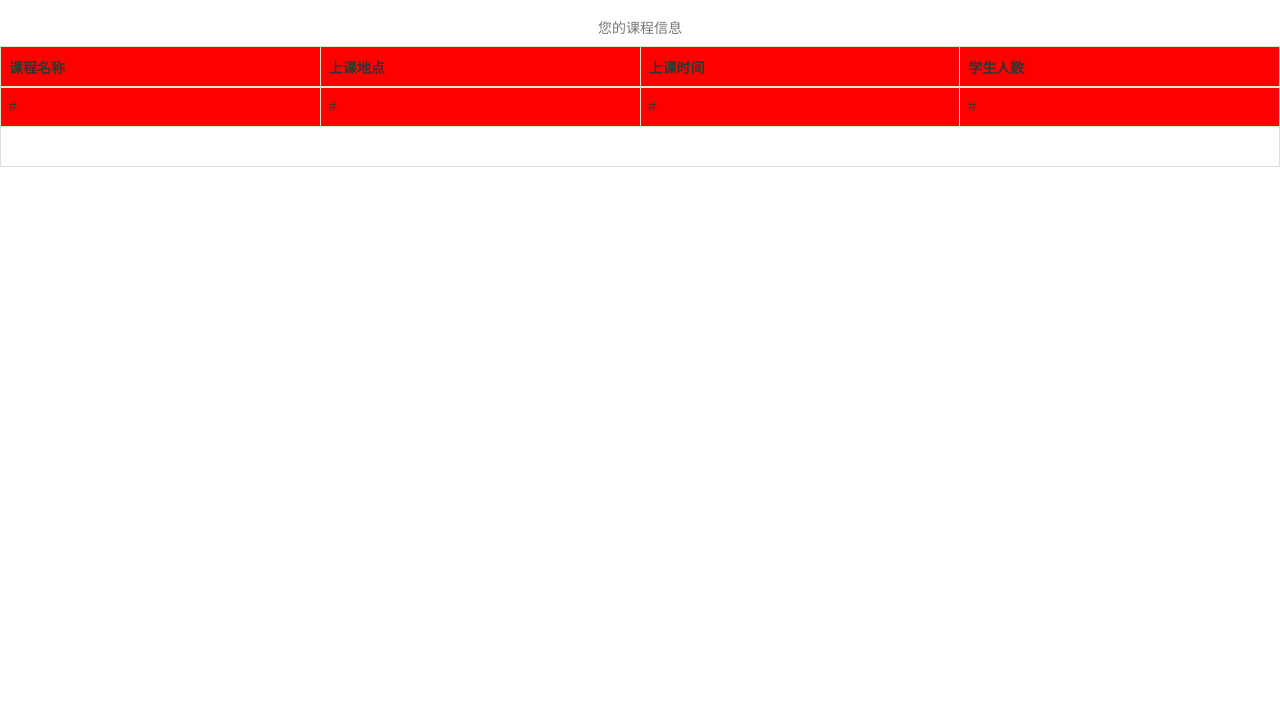
Repository: xu459898103/DBExperiment2017
Page: http://localhost/EA_System/iframe/teacher/jskcxx.jsp
An editor plug-in stored every save of this project. The page is shown before and after the next save, followed by the edit.
The browser window is 1280 px wide. The pictures show the whole page.
The page is served by Tomcat 9. Other server files are loaded and not shown.

Above is the page before, as saved 2017-12-16 11:31:26.

### EA System/WebContent/iframe/teacher/jskcxx.jsp
<%@ page language="java" contentType="text/html; charset=UTF-8"
    pageEncoding="UTF-8"%>
<!DOCTYPE html>
<html>
<head>
<meta http-equiv="Content-Type" content="text/html; charset=UTF-8">
<title>Insert title here</title>
	<link rel="stylesheet" href="https://maxcdn.bootstrapcdn.com/bootstrap/3.3.7/css/bootstrap.min.css">
	<script src="libs/bootstrap-3.3.7-dist/js/jquery-3.2.1.js"></script>
	<script src="libs/bootstrap-3.3.7-dist/js/bootstrap.js"></script>
	<style type="text/css">
	table {
            height: 80%;
            width: 80%;         /*  必须设置一个宽度， margin: 0 auto才能使之居于父组件中央*/
            margin: 10px auto;  /*  通过设置外边距（margin）中的左右外边距属性为auto使之居于父组件（body）中间*/
        }
            table tr{
                height: 40px;
                width: 100%;
                background-color: red;
            }
            table>tr>td{
                height: 100%; width: 33.3%;
                background-color: red;
            }
	</style>
</head>
<body>

<table class="table table-bordered">
	<caption style="text-align:center">您的课程信息</caption>
	<thead>
		<tr>
			<th>课程名称</th>
			<th>上课地点</th>
			<th>上课时间</th>
			<th>学生人数</th>

		</tr>
	</thead>
	<tbody>
	<% %>
		<tr>
			<td>#</td>
			<td>#</td>
			<td>#</td>
			<td>#</td>
		<tr>
	<% %>
	</tbody>
</table>

</body>
</html>

Loaded but not shown: EA System/WebContent/libs/bootstrap-3.3.7-dist/js/jquery-3.2.1.js (library); EA System/WebContent/libs/bootstrap-3.3.7-dist/js/bootstrap.js (library)

After the next save:
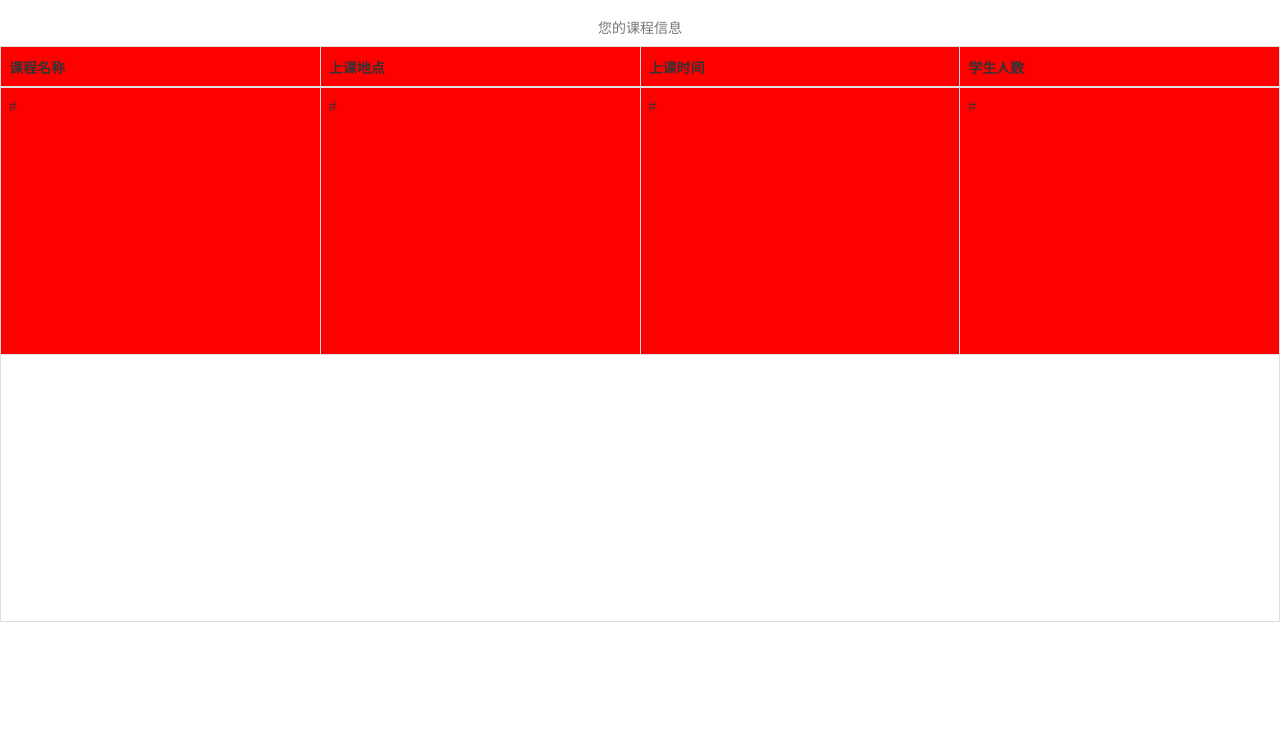
Saved 4 min 15 s later.
--- a/EA System/WebContent/iframe/teacher/jskcxx.jsp
+++ b/EA System/WebContent/iframe/teacher/jskcxx.jsp
@@ -9,7 +9,12 @@
 	<script src="libs/bootstrap-3.3.7-dist/js/jquery-3.2.1.js"></script>
 	<script src="libs/bootstrap-3.3.7-dist/js/bootstrap.js"></script>
 	<style type="text/css">
-	table {
+	body, html{
+            height: 100%;
+            width: 100%;
+            margin: 0; padding: 0;
+        }
+        table {
             height: 80%;
             width: 80%;         /*  必须设置一个宽度， margin: 0 auto才能使之居于父组件中央*/
             margin: 10px auto;  /*  通过设置外边距（margin）中的左右外边距属性为auto使之居于父组件（body）中间*/
